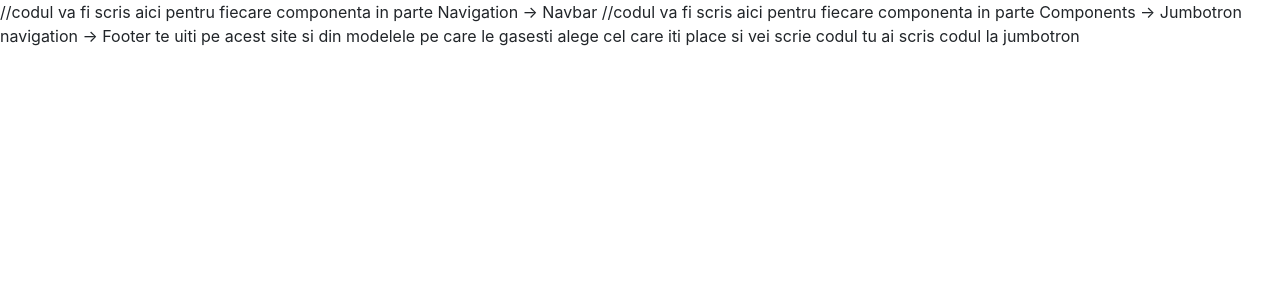
Repository: nicolasolo/bitesizecoding.space
Page: index.html
An editor plug-in stored every save of this project. The page is shown before and after the next save, followed by the edit.
The browser window is 1280 px wide. The pictures show the whole page.

Above is the page before, as saved 2020-04-09 17:31:25.

### index.html
<!DOCTYPE html>
<html lang="en">
<head>
    <meta charset="UTF-8">
    <meta name="viewport" content="width=device-width, initial-scale=1.0">
    <title>Trincu-Andrei</title>
    <link rel="stylesheet" href="https://stackpath.bootstrapcdn.com/bootstrap/4.4.1/css/bootstrap.min.css" integrity="sha384-Vkoo8x4CGsO3+Hhxv8T/Q5PaXtkKtu6ug5TOeNV6gBiFeWPGFN9MuhOf23Q9Ifjh" crossorigin="anonymous">

    <link rel="stylesheet" href="css/index.css">
</head>
<body>
<header>
<!-- Navbar-->
//codul va fi scris aici pentru fiecare componenta in parte
Navigation -> Navbar
<!-- Jumbotron -->
//codul va fi scris aici pentru fiecare componenta in parte
Components -> Jumbotron
<!-- Footer-->
navigation -> Footer
te uiti pe acest site si din modelele pe care le gasesti alege cel care iti place
si vei scrie codul

tu ai scris codul la jumbotron

<script src="https://code.jquery.com/jquery-3.4.1.slim.min.js" integrity="sha384-J6qa4849blE2+poT4WnyKhv5vZF5SrPo0iEjwBvKU7imGFAV0wwj1yYfoRSJoZ+n" crossorigin="anonymous"></script>
<script src="https://cdn.jsdelivr.net/npm/popper.js@1.16.0/dist/umd/popper.min.js" integrity="sha384-Q6E9RHvbIyZFJoft+2mJbHaEWldlvI9IOYy5n3zV9zzTtmI3UksdQRVvoxMfooAo" crossorigin="anonymous"></script>
<script src="https://stackpath.bootstrapcdn.com/bootstrap/4.4.1/js/bootstrap.min.js" integrity="sha384-wfSDF2E50Y2D1uUdj0O3uMBJnjuUD4Ih7YwaYd1iqfktj0Uod8GCExl3Og8ifwB6" crossorigin="anonymous"></script>
    <script src="./js/custom.js"></script>
</body>
</html>
<div></div>

Loaded but not shown: css/index.css (no stored copy; drawn as an empty file); js/custom.js (no stored copy; drawn as an empty file)

After the next save:
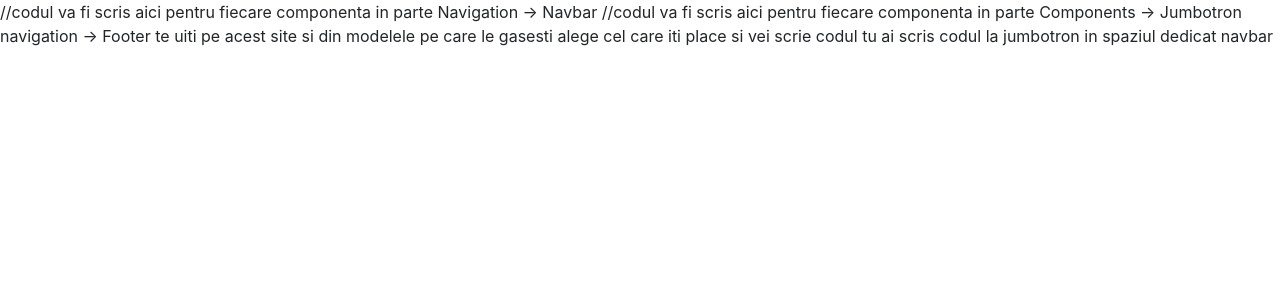
Saved 8 s later.
--- a/index.html
+++ b/index.html
@@ -21,7 +21,7 @@
 te uiti pe acest site si din modelele pe care le gasesti alege cel care iti place
 si vei scrie codul
 
-tu ai scris codul la jumbotron
+tu ai scris codul la jumbotron in spaziul dedicat navbar
 
 <script src="https://code.jquery.com/jquery-3.4.1.slim.min.js" integrity="sha384-J6qa4849blE2+poT4WnyKhv5vZF5SrPo0iEjwBvKU7imGFAV0wwj1yYfoRSJoZ+n" crossorigin="anonymous"></script>
 <script src="https://cdn.jsdelivr.net/npm/popper.js@1.16.0/dist/umd/popper.min.js" integrity="sha384-Q6E9RHvbIyZFJoft+2mJbHaEWldlvI9IOYy5n3zV9zzTtmI3UksdQRVvoxMfooAo" crossorigin="anonymous"></script>
